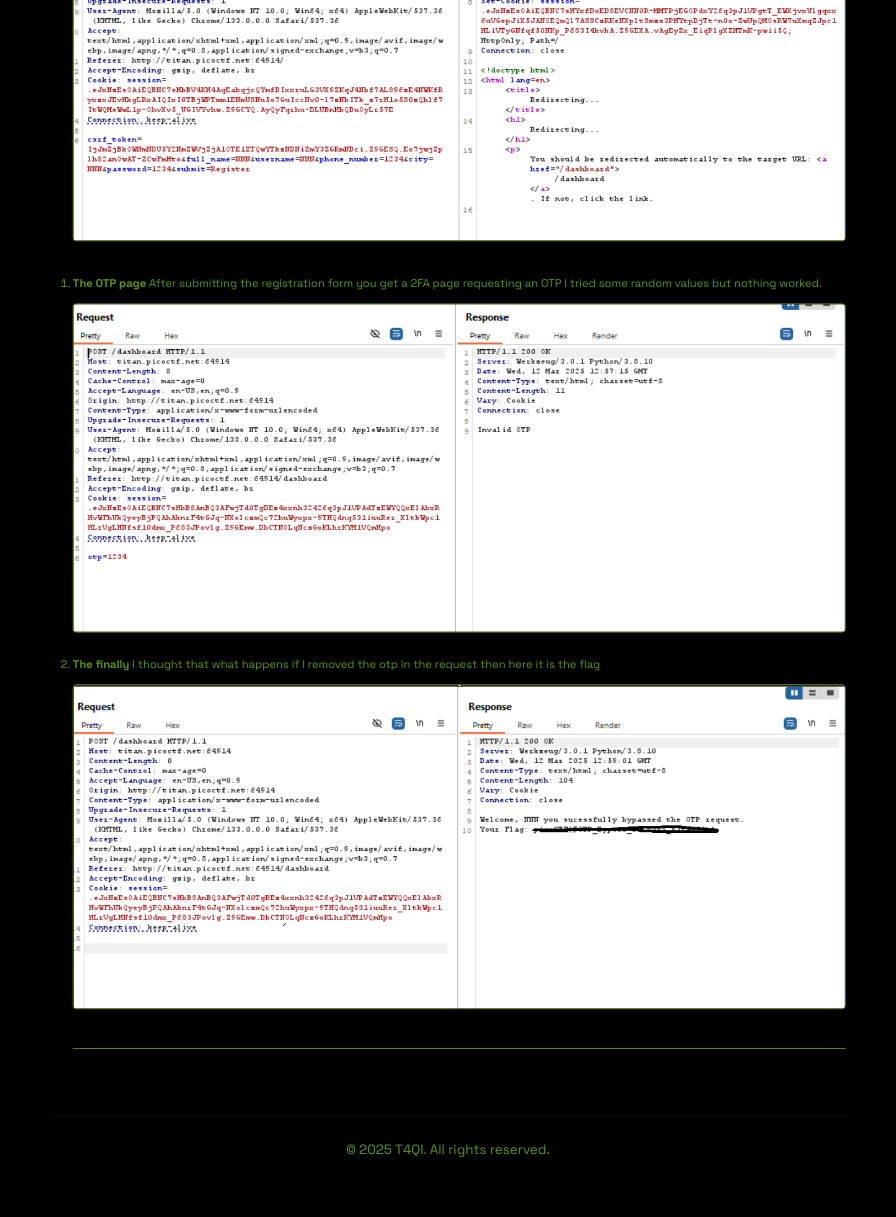
Repository: mohamedsoliman-tq/Website
Page: blogs/picoCTF/introburp.html
The author's editor kept a copy of each file at every save. The page is drawn from the files as they stood at one save, then again after a run of saves.
The browser window is 1280 px wide. The pictures show the part of the page from y = 1772 to 3692 px (the page is 3510 px tall before and 3692 px after), at 70% of full size.

Above is the page before, as saved 2025-03-13 00:49:30.

### blogs/picoCTF/introburp.html
<!DOCTYPE html>
<html>
<head>
    <meta charset="UTF-8">
    <meta name="viewport" content="width=device-width, initial-scale=1.0">
    <title>IntroToBurp</title>
    <link rel="stylesheet" href="/css/blog.css">
</head>
<body>
    <nav>
        <ul>
            <li><a href="/">Home</a></li>
            <li><a href="/Projects.html">Projects</a></li>
            <li><a href="/Blogs.html">Blog</a></li>
        </ul>
    </nav>
    <div class="container">
<div class="section" id="introtoburp---write-up"><h1>IntroToBurp - Write-Up</h1>

<p><strong>Date:</strong> 12/03/2025  </p>
<p><strong>Challenge Category:</strong> #Web-Security</p>
<p>Platform: #picoCTF</p>
<p><strong>Difficulty:</strong> #Easy</p>
<p><strong>Status:</strong> #Solved</p>

<hr>
</div><div class="section" id="problem-description"><h2>Problem Description</h2>

<p>*Try <a href="http://titan.picoctf.net:57038/" class="read-more">here</a> to find the flag</p>

<p>- <strong>Target:</strong> http://titan.picoctf.net:57038/</p>
<p>- <strong>Goal:</strong> extract a flag</p>
<p>- <strong>Initial Observations:</strong> The name of the challenge gives a hint of using Burp suite </p>

<hr>

</div><div class="section" id="tools-used"><h2>Tools Used</h2>

<p>- Burp suite</p>

<hr>

</div><div class="section" id="solution-steps"><h2>Solution Steps</h2>


<ol>
  <li><strong>First Glance</strong>   You get a registration page you can fill with any data after intercepting it nothing was interesting.<img src="pics/intro1.png" alt="intro1.png">
</li>
</ol><ol>
  <li><strong>The OTP page</strong>   After submitting the registration form you get a 2FA page requesting an OTP I tried some random values but nothing worked.<img src="pics/intro2.png" alt="intro2.png"> </li>
  <li><strong>The finally</strong>   I thought that what happens if I removed the otp in  the request then here it is the flag <img src="pics/intro3.png" alt="intro3.png"> <hr> </li>
</ol></div>
        <footer>
        <p>&copy; 2025 T4QI. All rights reserved.</p>
    </footer>
    </div>
</body>
</html>

### css/blog.css
@import url('https://fonts.googleapis.com/css2?family=Space+Grotesk:wght@300;400;700&display=swap');

    :root {
        --primary-black: #000000;
        --green-accent: #78BE20;
        --dark-green: #5a9419;
    }

    * {
        margin: 0;
        padding: 0;
        box-sizing: border-box;
        font-family: 'Space Grotesk', sans-serif;
    }

    body {
        background-color: var(--primary-black);
        color: var(--green-accent);
        line-height: 1.6;
    }

    .container {
        max-width: 1200px;
        margin: 0 auto;
        padding: 2rem;
    }

    .section {
        padding: 4rem 0;
        border-bottom: 1px solid #001a00;
    }

    /* Navigation Styles */
    nav {
        background: rgba(0, 0, 0, 0.95);
        padding: 1rem;
        position: sticky;
        top: 0;
        border-bottom: 2px solid var(--green-accent);
        z-index: 100;
    }

    nav ul {
        display: flex;
        justify-content: space-around;
        list-style: none;
    }

    nav a {
        color: var(--green-accent);
        text-decoration: none;
        padding: 0.5rem 1rem;
        transition: all 0.3s;
    }

    nav a:hover {
        color: var(--dark-green);
        text-shadow: 0 0 10px var(--green-accent);
    }

    /* Hero Section Styles */
    .hero {
        text-align: center;
        padding: 4rem 0;
        background: linear-gradient(45deg, var(--primary-black), #001100);
    }

    h1, h2, h3, h4, h5, h6 {
        color: var(--green-accent);
        margin-bottom: 1rem;
    }

    h1 {
        font-size: 3.5rem;
        text-shadow: 0 0 15px var(--green-accent);
    }

    h2 {
        font-size: 2.5rem;
    }

    p {
        color: var(--dark-green);
        font-size: 1.2rem;
        margin-bottom: 1rem;
    }

    /* Code blocks */
    pre {
        background: #000a00;
        padding: 1.5rem;
        border-radius: 5px;
        border: 1px solid var(--green-accent);
        overflow-x: auto;
        margin: 1.5rem 0;
    }

    code {
        font-family: monospace;
        color: var(--green-accent);
    }

    /* List styling */
    ul, ol {
        margin-left: 2rem;
        margin-bottom: 1.5rem;
        color: var(--dark-green);
    }

    li {
        margin-bottom: 0.5rem;
    }

    /* Links */
    a {
        color: var(--green-accent);
        text-decoration: none;
        transition: all 0.3s;
    }

    a:hover {
        color: var(--dark-green);
        text-shadow: 0 0 10px var(--green-accent);
    }

    .read-more {
        display: inline-block;
        margin-top: 10px;
        padding: 8px 12px;
        font-size: 1rem;
        font-weight: bold;
        color: var(--green-accent);
        text-decoration: none;
        border: 1px solid var(--green-accent);
        border-radius: 5px;
        transition: all 0.3s ease;
    }

    .read-more:hover {
        background-color: var(--green-accent);
        color: var(--primary-black);
        box-shadow: 0 0 10px var(--green-accent);
    }

    /* Images */
    img {
        max-width: 100%;
        border: 1px solid var(--green-accent);
        border-radius: 5px;
        margin: 1rem 0;
    }

    /* Horizontal rule */
    hr {
        border: none;
        height: 1px;
        background-color: var(--green-accent);
        margin: 2rem 0;
    }

    /* Responsive adjustments */
    @media (max-width: 768px) {
        h1 {
            font-size: 2.5rem;
        }

        .container {
            padding: 1rem;
        }

        .section {
            padding: 2rem 0;
        }
    }

    footer {
        text-align: center;
        padding: 2rem;
        color: var(--green-accent);
    }

After the next 3 saves:
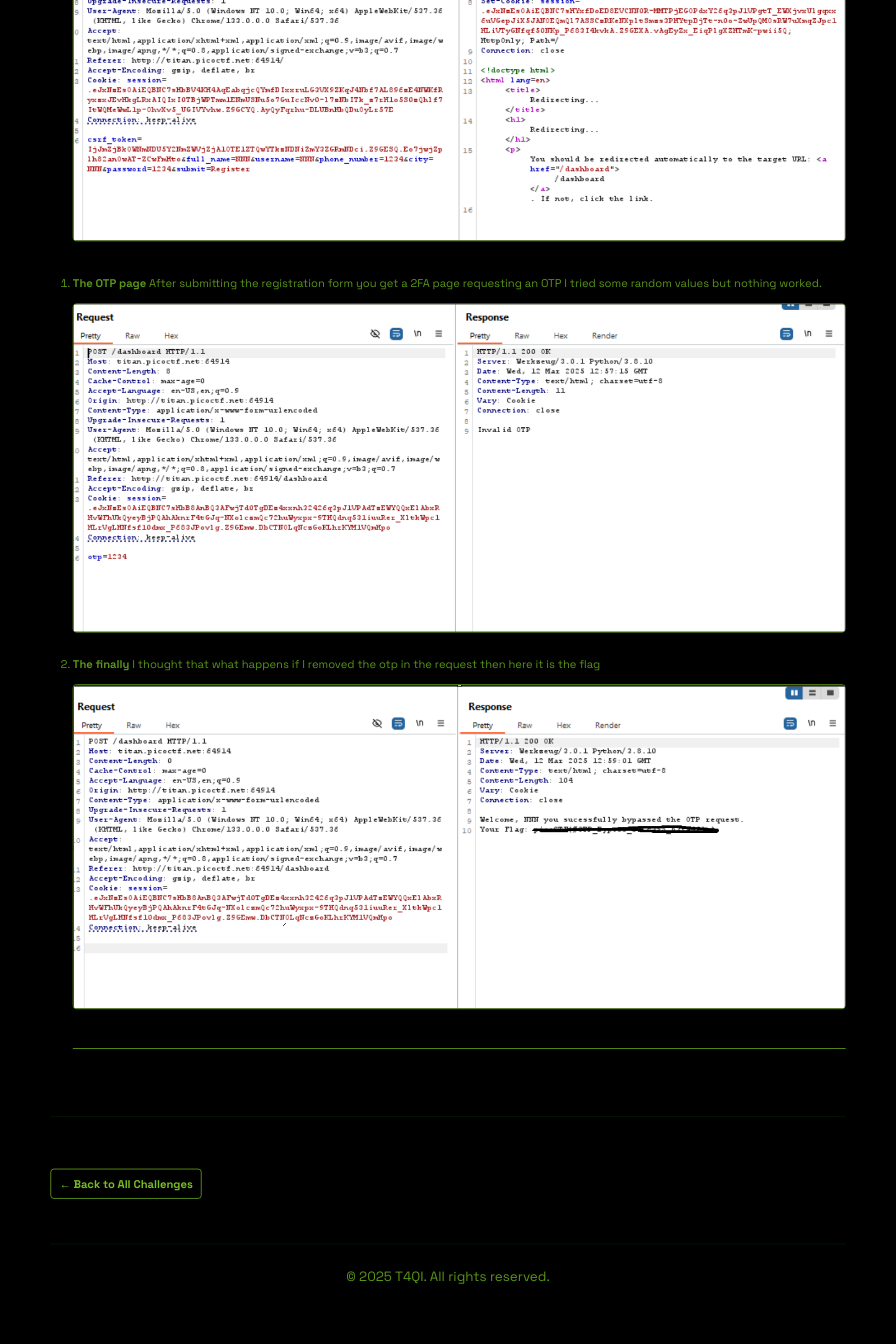
The 3 saves are shown as one change because they came seconds apart.
The last was saved 10 s later.
--- a/blogs/picoCTF/introburp.html
+++ b/blogs/picoCTF/introburp.html
@@ -1,11 +1,13 @@
 <!DOCTYPE html>
 <html>
+
 <head>
     <meta charset="UTF-8">
     <meta name="viewport" content="width=device-width, initial-scale=1.0">
     <title>IntroToBurp</title>
     <link rel="stylesheet" href="/css/blog.css">
 </head>
+
 <body>
     <nav>
         <ul>
@@ -15,44 +17,63 @@
         </ul>
     </nav>
     <div class="container">
-<div class="section" id="introtoburp---write-up"><h1>IntroToBurp - Write-Up</h1>
+        <div class="section" id="introtoburp---write-up">
+            <h1>IntroToBurp - Write-Up</h1>
 
-<p><strong>Date:</strong> 12/03/2025  </p>
-<p><strong>Challenge Category:</strong> #Web-Security</p>
-<p>Platform: #picoCTF</p>
-<p><strong>Difficulty:</strong> #Easy</p>
-<p><strong>Status:</strong> #Solved</p>
+            <p><strong>Date:</strong> 12/03/2025 </p>
+            <p><strong>Challenge Category:</strong> #Web-Security</p>
+            <p>Platform: #picoCTF</p>
+            <p><strong>Difficulty:</strong> #Easy</p>
+            <p><strong>Status:</strong> #Solved</p>
 
-<hr>
-</div><div class="section" id="problem-description"><h2>Problem Description</h2>
+            <hr>
+        </div>
+        <div class="section" id="problem-description">
+            <h2>Problem Description</h2>
 
-<p>*Try <a href="http://titan.picoctf.net:57038/" class="read-more">here</a> to find the flag</p>
+            <p>*Try <a href="http://titan.picoctf.net:57038/" class="read-more">here</a> to find the flag</p>
 
-<p>- <strong>Target:</strong> http://titan.picoctf.net:57038/</p>
-<p>- <strong>Goal:</strong> extract a flag</p>
-<p>- <strong>Initial Observations:</strong> The name of the challenge gives a hint of using Burp suite </p>
+            <p>- <strong>Target:</strong> http://titan.picoctf.net:57038/</p>
+            <p>- <strong>Goal:</strong> extract a flag</p>
+            <p>- <strong>Initial Observations:</strong> The name of the challenge gives a hint of using Burp suite </p>
 
-<hr>
+            <hr>
 
-</div><div class="section" id="tools-used"><h2>Tools Used</h2>
+        </div>
+        <div class="section" id="tools-used">
+            <h2>Tools Used</h2>
 
-<p>- Burp suite</p>
+            <p>- Burp suite</p>
 
-<hr>
+            <hr>
 
-</div><div class="section" id="solution-steps"><h2>Solution Steps</h2>
+        </div>
+        <div class="section" id="solution-steps">
+            <h2>Solution Steps</h2>
 
 
-<ol>
-  <li><strong>First Glance</strong>   You get a registration page you can fill with any data after intercepting it nothing was interesting.<img src="pics/intro1.png" alt="intro1.png">
-</li>
-</ol><ol>
-  <li><strong>The OTP page</strong>   After submitting the registration form you get a 2FA page requesting an OTP I tried some random values but nothing worked.<img src="pics/intro2.png" alt="intro2.png"> </li>
-  <li><strong>The finally</strong>   I thought that what happens if I removed the otp in  the request then here it is the flag <img src="pics/intro3.png" alt="intro3.png"> <hr> </li>
-</ol></div>
+            <ol>
+                <li><strong>First Glance</strong> You get a registration page you can fill with any data after
+                    intercepting it nothing was interesting.<img src="pics/intro1.png" alt="intro1.png">
+                </li>
+            </ol>
+            <ol>
+                <li><strong>The OTP page</strong> After submitting the registration form you get a 2FA page requesting
+                    an OTP I tried some random values but nothing worked.<img src="pics/intro2.png" alt="intro2.png">
+                </li>
+                <li><strong>The finally</strong> I thought that what happens if I removed the otp in the request then
+                    here it is the flag <img src="pics/intro3.png" alt="intro3.png">
+                    <hr>
+                </li>
+            </ol>
+        </div>
+        <div class="section">
+            <a href="/blogs/picoCTF/picoCTF.html" class="read-more">← Back to All Challenges</a>
+        </div>
         <footer>
-        <p>&copy; 2025 T4QI. All rights reserved.</p>
-    </footer>
+            <p>&copy; 2025 T4QI. All rights reserved.</p>
+        </footer>
     </div>
 </body>
+
 </html>
